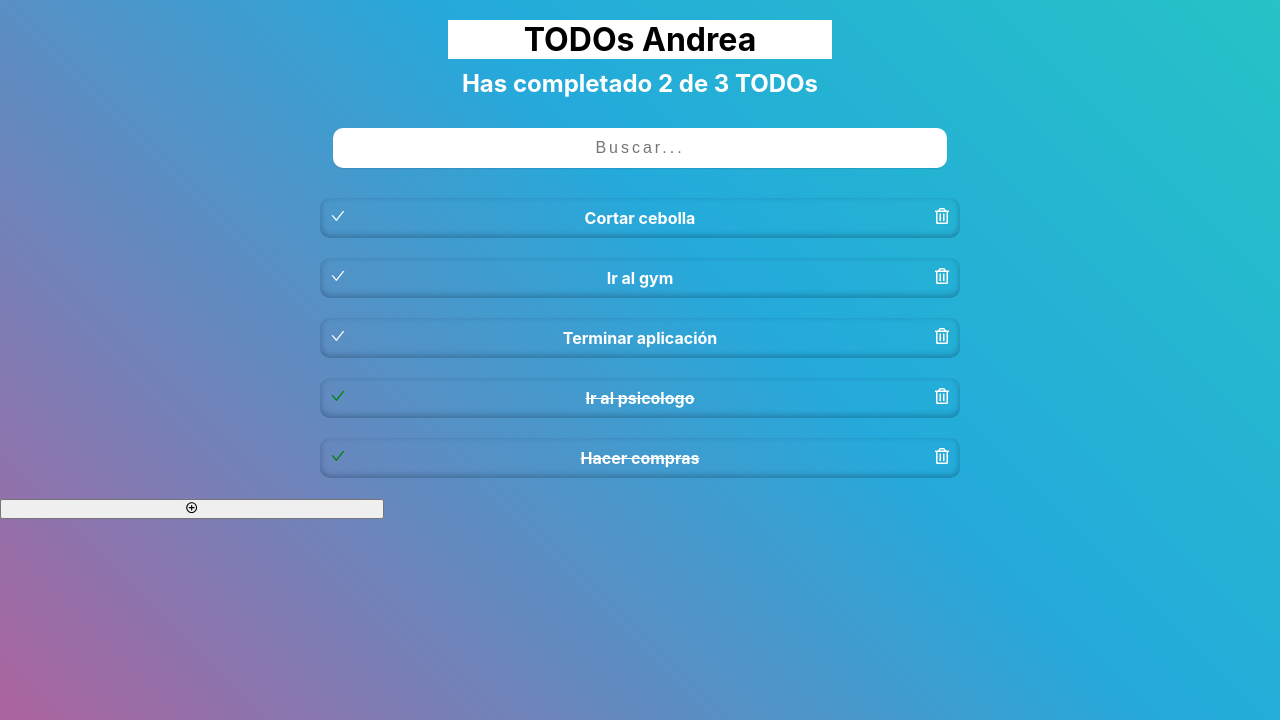
Repository: Pandrea-hub/TODOs
Page: /
An editor plug-in stored every save of this project. The page is shown before and after the next save, followed by the edit.
The browser window is 1280 px wide. The pictures show the whole page.
The project was rebuilt for these pictures with package versions that can differ from the ones it lists, and the page was loaded fresh each time. Also part of the build but not shown: src/TodoList.css.

Above is the page before, as saved 2022-06-07 11:09:18.

### src/index.js
import React from 'react';
import ReactDOM from 'react-dom/client';
import './index.css';
import App from './App';


const root = ReactDOM.createRoot(document.getElementById('root'));
root.render(
  <App/>
);

### src/index.css
body {
  margin: 0;
  font-family: -apple-system, BlinkMacSystemFont, 'Segoe UI', 'Roboto', 'Oxygen',
    'Ubuntu', 'Cantarell', 'Fira Sans', 'Droid Sans', 'Helvetica Neue',
    sans-serif;
  -webkit-font-smoothing: antialiased;
  -moz-osx-font-smoothing: grayscale;
}

code {
  font-family: source-code-pro, Menlo, Monaco, Consolas, 'Courier New',
    monospace;
}

#root{
  width: 100%;
  height: 100%;
  position: absolute;
  background: linear-gradient(45deg,#F17C58, #E94584, #24AADB , #27DBB1,#FFDC18, #FF3706);
  background-size: 600% 100%;
  animation: gradient 16s linear infinite;
  animation-direction: alternate;
}

@keyframes gradient {
  0% {background-position: 0%}
  100% {background-position: 100%}
}

### src/App.js
import './App.css';
import React from 'react';
import { TodoCounter } from './TodoCounter';
import { TodoItem } from './TodoItem';
import { CreateTodoButton } from './CreateTodoButton';
import { TodoList } from './TodoList';
import { TodoSearch } from './TodoSearch';


const todos = [
  {text: 'Cortar cebolla',completed: false},
  {text: 'Ir al gym',completed: false},
  {text: 'Terminar aplicación',completed: false},
  {text: 'Ir al psicologo', completed:true},
  {text: 'Hacer compras', completed:true},
]


function App() {
  return (
    <React.Fragment>
      <TodoCounter />
      <TodoSearch />


      <TodoList>
        {todos.map(todo =>(
          <TodoItem key={todo.text} text={todo.text} completed={todo.completed}/>
        ))}
      </TodoList>
      <CreateTodoButton />
    </React.Fragment>

  );
}

export default App;

### src/App.css
*{
  margin: 0;
  padding: 0;
  box-sizing: border-box;
}

.App {
  text-align: center;
}


.App-logo {
  height: 40vmin;
  pointer-events: none;
}

@media (prefers-reduced-motion: no-preference) {
  .App-logo {
    animation: App-logo-spin infinite 20s linear;
  }
}

.App-header {
  background-color: #282c34;
  min-height: 100vh;
  display: flex;
  flex-direction: column;
  align-items: center;
  justify-content: center;
  font-size: calc(10px + 2vmin);
  color: white;
}

.App-link {
  color: #61dafb;
}

@keyframes App-logo-spin {
  from {
    transform: rotate(0deg);
  }
  to {
    transform: rotate(360deg);
  }
}

### src/TodoCounter.js
import React from 'react';
import './TodoCounter.css';

function TodoCounter(){
    return (
        <div className='title'>
            <h1>TODOs Andrea</h1>
            <h2 className='TodoCounter'>Has completado 2 de 3 TODOs</h2>
        </div>
    );
}

export { TodoCounter };

### src/TodoItem.js
import React from 'react';
import './TodoItem.css';
import {AiOutlineCheck} from 'react-icons/ai';
import {FaRegTrashAlt} from 'react-icons/fa';

function TodoItem(props){
    return (
        <li className='TodoItem'>
            <span className={`Icon Icon-check ${props.completed && 'Icon-check--activate' }`}>
                <AiOutlineCheck />
            </span>
            <p className={`TodoItem-p ${props.completed && 'TodoItem-p--complete'}`}>
                {props.text}
            </p>
            <span className='Icon Icon-delete'>
               <FaRegTrashAlt />
            </span>
        </li>
    );

}

export {TodoItem};

### src/CreateTodoButton.js
import React from 'react';
import {IoMdAddCircleOutline} from 'react-icons/io';
import './CreateTodoButton.css';


function CreateTodoButton(){
    return(
        <button>
            <IoMdAddCircleOutline />
        </button>
    );
}

export {CreateTodoButton};

### src/TodoList.js
import React from "react";
import './TodoList.css';

function TodoList(props){
    return(
        <section>
            <ul>
                {props.children}
            </ul>
        </section>

    );
}


export {TodoList};

### src/TodoSearch.js
import React from 'react';
import './TodoSearch.css';

function TodoSearch(){
    return(
        <input placeholder="Buscar..." />
    );
}

export { TodoSearch};

### src/TodoCounter.css
.title{
    text-align: center;
    color:white;
    margin: 20px auto;
}

.title h1{
    color:black;
    background-color:white;
    width: 30%;
    margin: 10px auto;
}

@media screen and (max-width:800px) {
    .title h1{
        width: 50%;
    }
}

### src/TodoItem.css
li{
    display: flex;
    padding: 10px;
    width: 50%;
    color:white;
    font-weight: bold;
    justify-content: space-between;
    border-radius: 10px;
    box-shadow: rgba(50, 50, 93, 0.25) 0px 50px 100px -20px, rgba(0, 0, 0, 0.3) 0px 30px 60px -30px, rgba(10, 37, 64, 0.35) 0px -2px 6px 0px inset;
    margin: 20px auto;
}

.Icon-check--activate{
    color:green;
}

.TodoItem-p--complete{
    text-decoration:line-through;
}

.Icon-delete:hover{
    color:purple;
}

### src/CreateTodoButton.css
button{
    margin: 0 auto;
    width: 30%;
}

### src/TodoSearch.css
input {
    outline: none;
    width: 80%;
    height: 40px;
    margin: 10px 10%;
    text-align: center;
    letter-spacing: 3px;
    font-size: 16px;
    border:none;
    border-radius: 10px;
    box-shadow: 0 1px 1px 0 rgb(0 0 0 / 10%);
   max-width: 614px;
}

@media screen and (min-width:768px) {
    input{
        margin: 10px calc(50% - 307px);
    }
}

Loaded but not shown: public/index.html (common file)

After the next save:
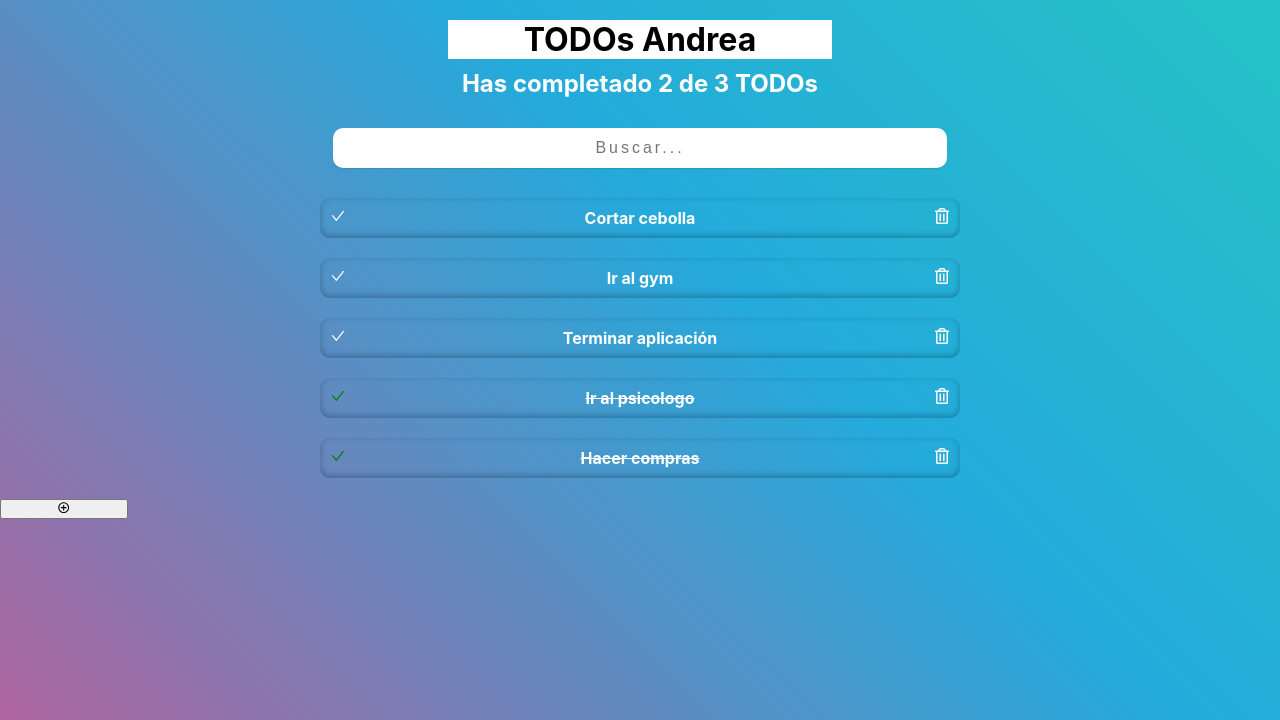
Saved 4 s later.
--- a/src/CreateTodoButton.css
+++ b/src/CreateTodoButton.css
@@ -1,4 +1,4 @@
 button{
     margin: 0 auto;
-    width: 30%;
+    width: 10%;
 }
